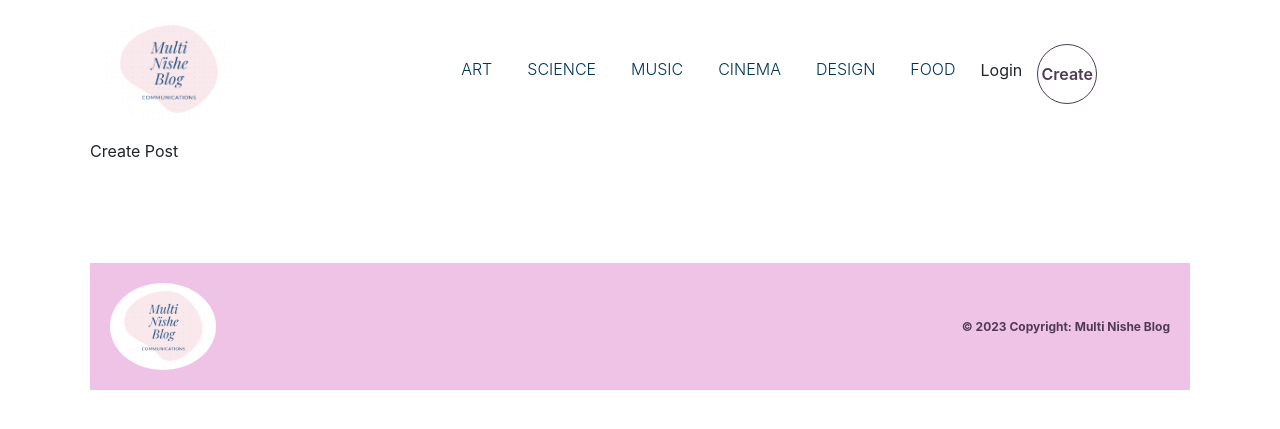
Repository: LolaSL/multi-niche-blog
Page: /createpost (app in frontend/)
The author's editor kept a copy of each file at every save. The page is drawn from the files as they stood at one save, then again after the next save.
The browser window is 1280 px wide. The pictures show the whole page.
The project was rebuilt for these pictures with package versions that can differ from the ones it lists, and the page was loaded fresh each time. Also part of the build but not shown: frontend/src/pages/Register.jsx, frontend/src/pages/Login.jsx, frontend/src/pages/Post.jsx, frontend/src/pages/Home.jsx.

Above is the page before, as saved 2023-01-29 10:10:23.

After the next save:
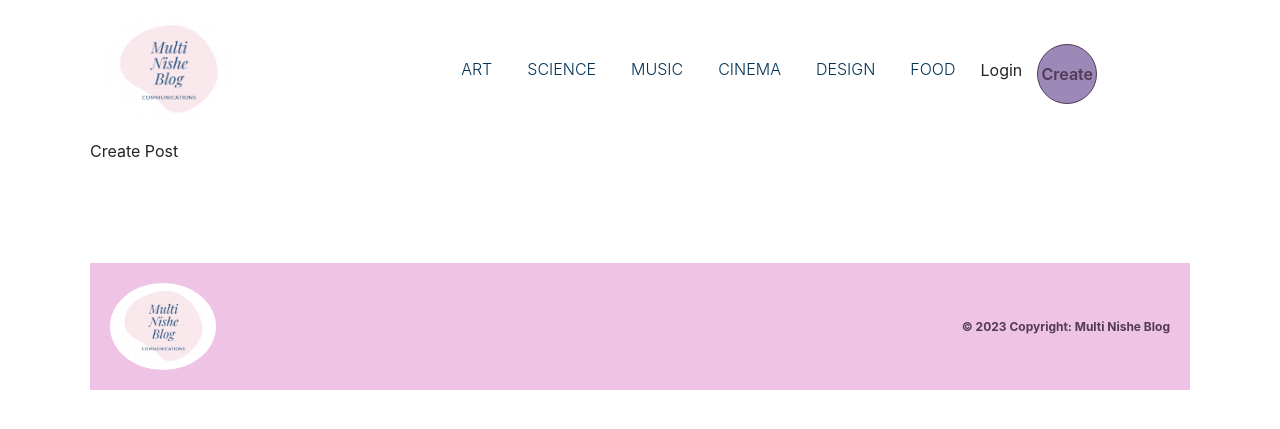
Saved 17 s later.
--- a/frontend/src/index.css
+++ b/frontend/src/index.css
@@ -67,7 +67,7 @@ h6 {
   gap: 15px;
 }
 .create {
-  background-color: white;
+  background-color:  hsl(264, 25%, 63%);
   width: 60px;
   height: 60px;
   border-radius: 50%;
